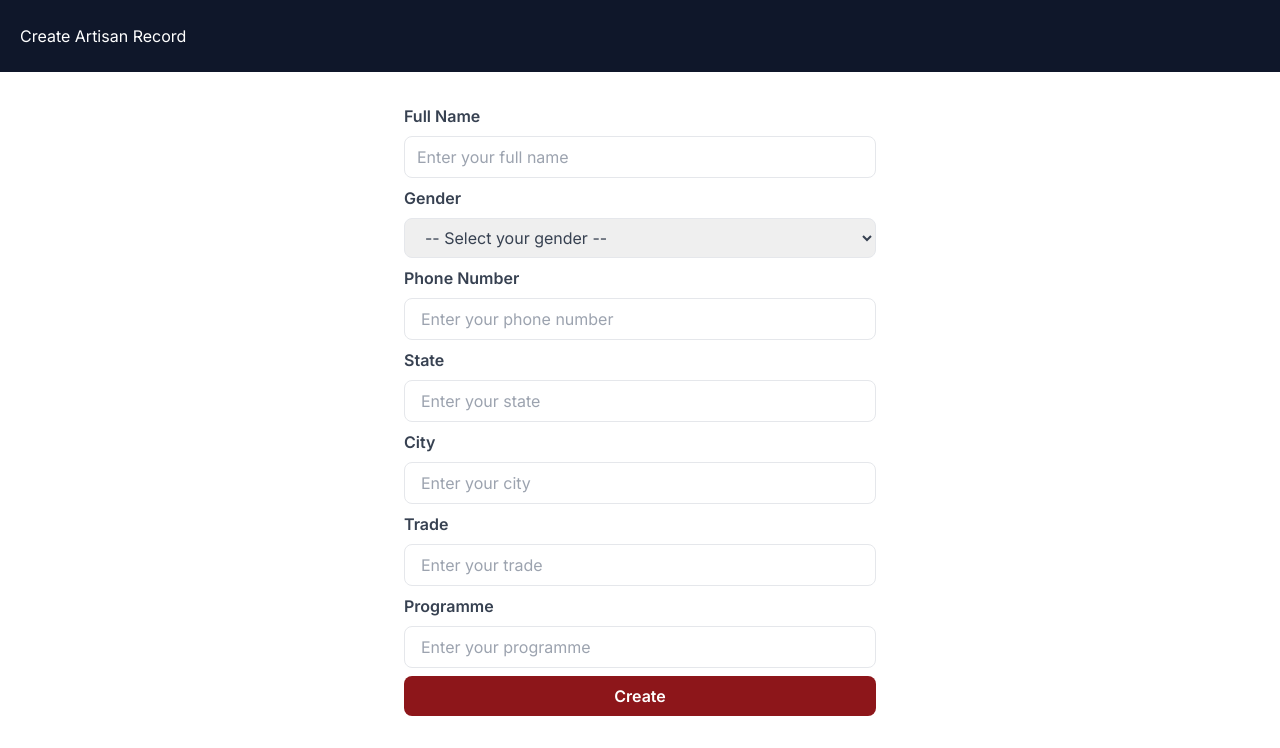
Repository: marcusdashe/artisanindex_frontend
Page: /components/CreateArtisan
These files come from the project's save history. The page is drawn as it stood at one moment and after the next save; the edit follows.
The browser window is 1280 px wide. The pictures show the whole page.
The project was rebuilt for these pictures with package versions that can differ from the ones it lists, and the page was loaded fresh each time. The framework's server and built-in components were replaced by stand-ins that run in the browser. Also part of the build but not shown: next.config.js.

Above is the page before, as saved 2023-03-09 11:30:59.

After the next save:
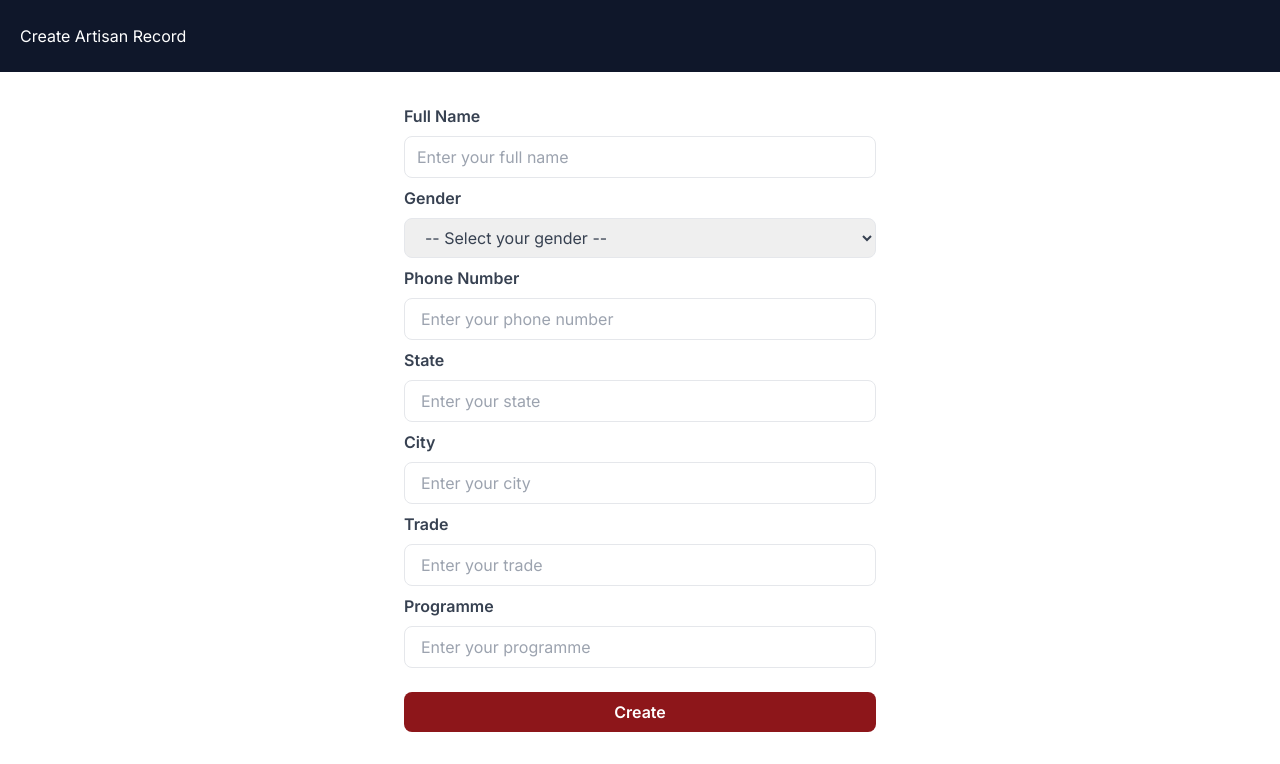
Saved 14 s later.
--- a/pages/components/CreateArtisan.js
+++ b/pages/components/CreateArtisan.js
@@ -132,7 +132,7 @@ function ViewArtisanDataScreen() {
 
             <button
               type="submit"
-              className="h-[40px] bg-[#8D161A] text-white font-semibold rounded-lg hover:bg-blue-700"
+              className="h-[40px] mt-4 bg-[#8D161A] text-white font-semibold rounded-lg hover:bg-blue-700"
             >
               Create
             </button>
